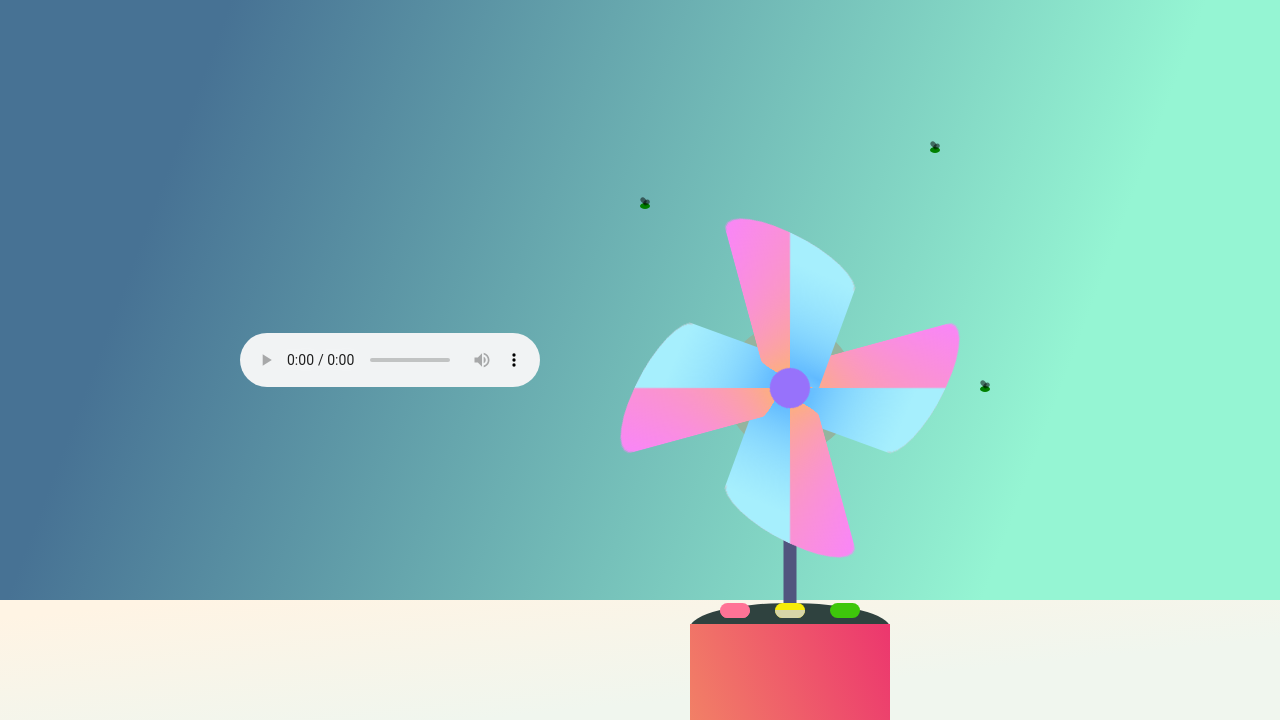
Repository: VuTuanAnh0949/CodeFan
Page: index.html
The author's editor kept a copy of each file at every save. The page is drawn from the files as they stood at one save, then again after the next save.
The browser window is 1280 px wide. The pictures show the whole page.

Above is the page before, as saved 2022-06-22 12:32:54.

After the next save:
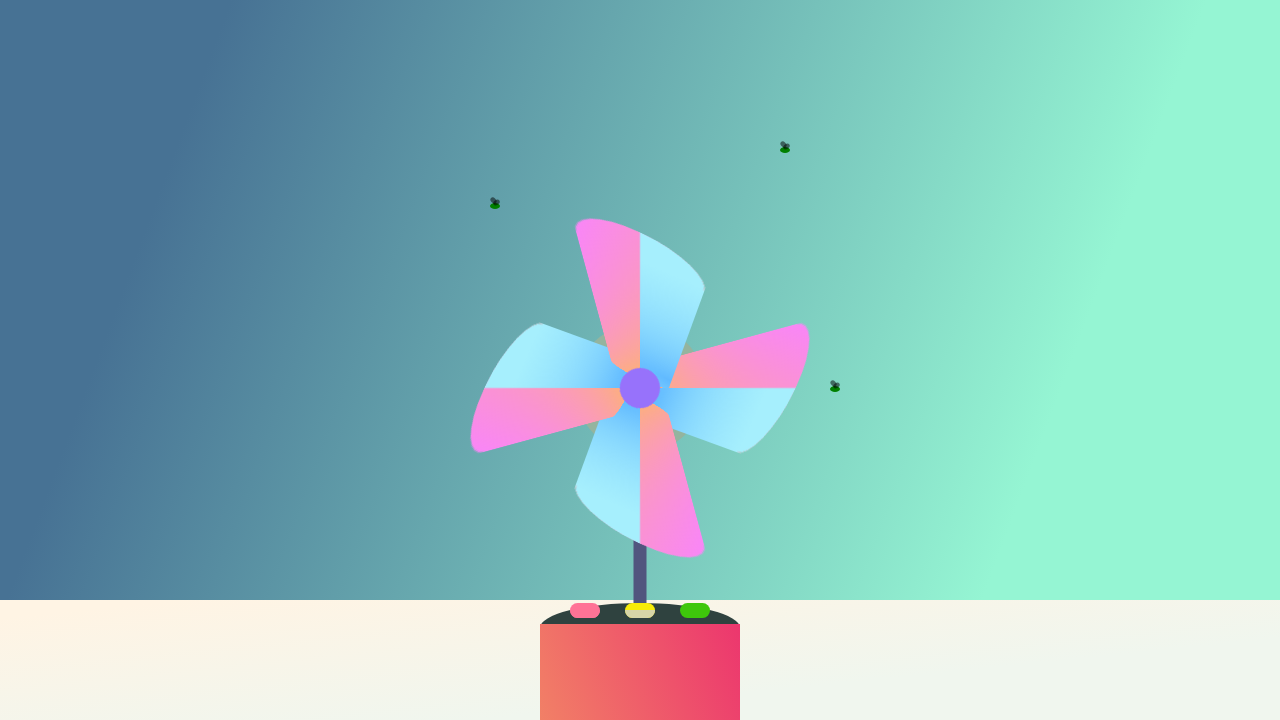
Saved 8 s later.
--- a/index.html
+++ b/index.html
@@ -8,10 +8,7 @@
     <link rel="stylesheet" href="style.css">
 </head>
 <body>
-    <audio controls>
-        <source src="./ChillTikTok.mp3" type="audio/mpeg">
-        <source src="./ChillTikTok.mp3" type="audio/mpeg">
-    </audio>
+
     <audio src="ChillTikTok.mp3"></audio>
     <div class="windows">
         <div class="window"></div>

After the save that followed:
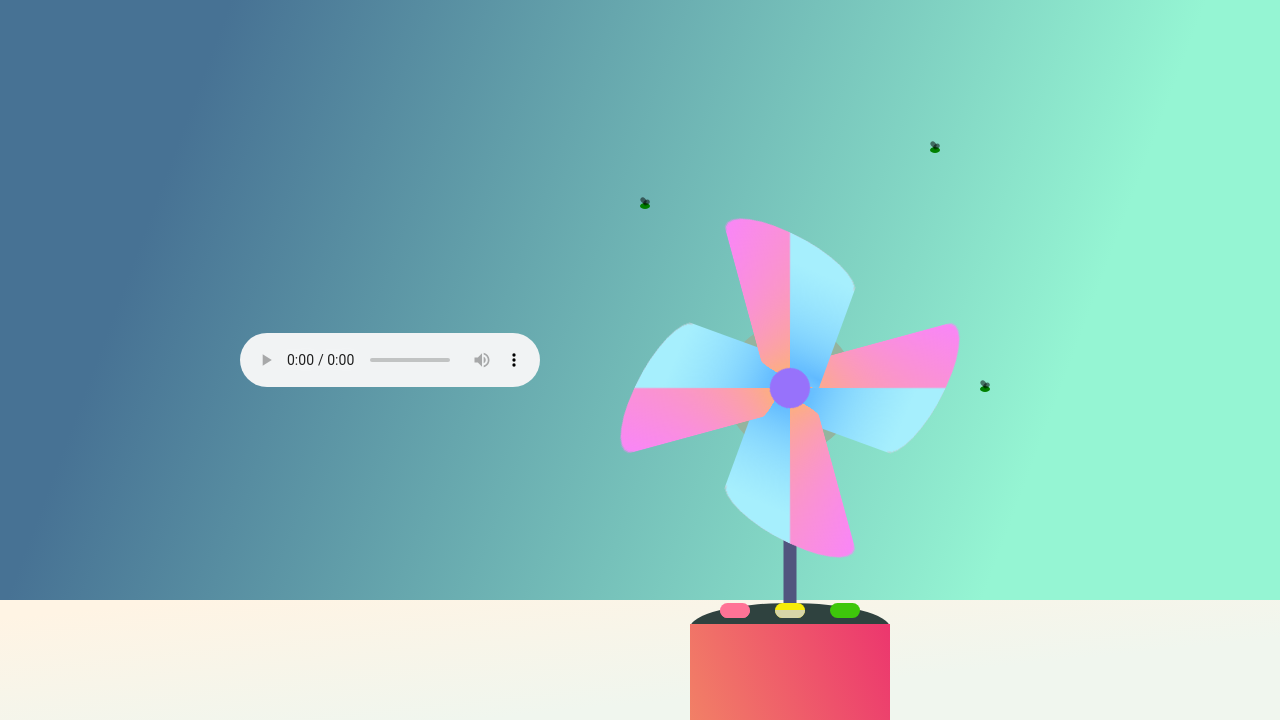
Saved 5 s later.
--- a/index.html
+++ b/index.html
@@ -8,8 +8,11 @@
     <link rel="stylesheet" href="style.css">
 </head>
 <body>
-
-    <audio src="ChillTikTok.mp3"></audio>
+    <audio controls>
+        <source src="./ChillTikTok.mp3" type="audio/mpeg">
+        <source src="./ChillTikTok.mp3" type="audio/mpeg">
+        <audio src="ChillTikTok.mp3"></audio>
+    </audio>
     <div class="windows">
         <div class="window"></div>
 
